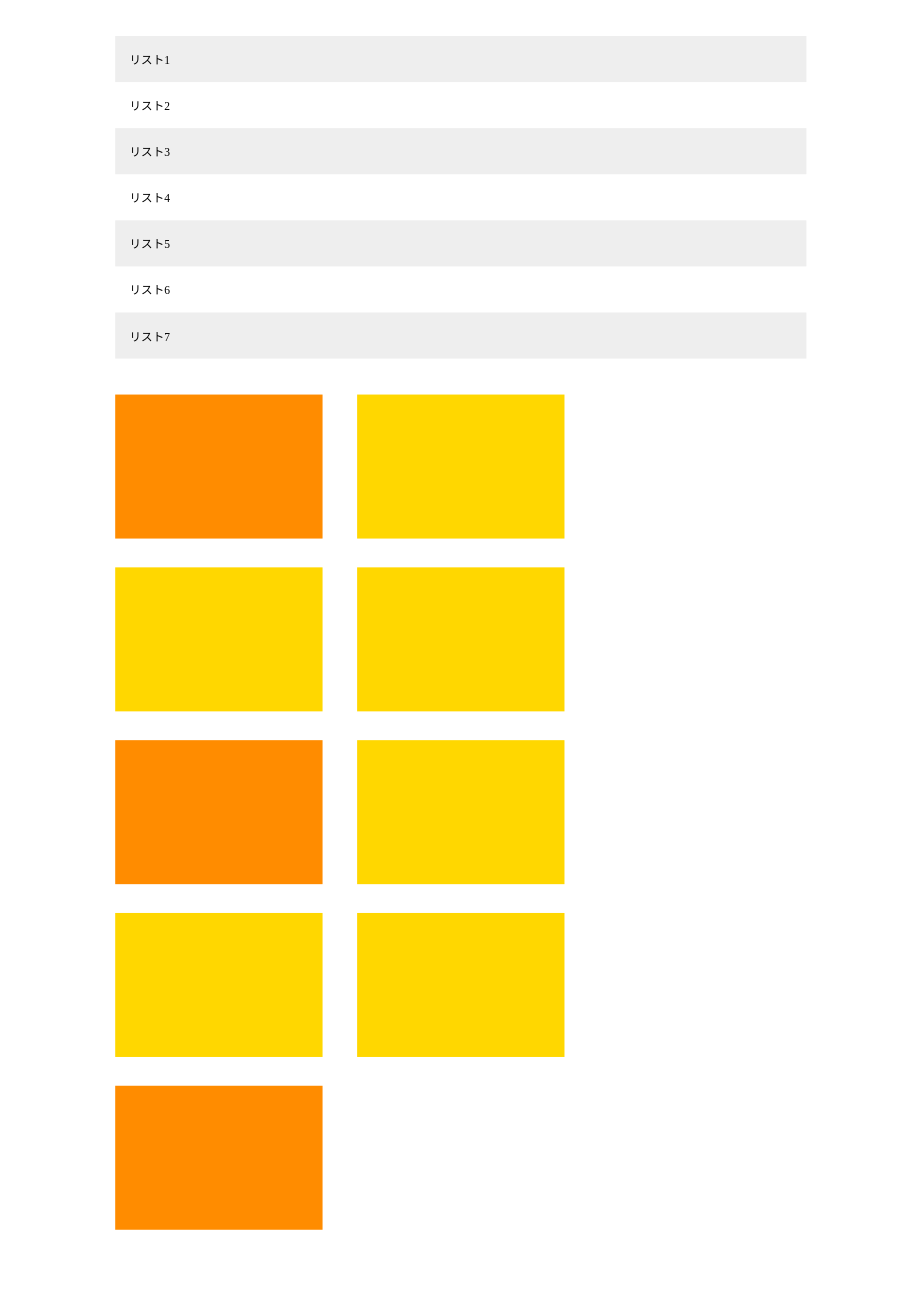
Repository: ryo32sun/Html-Practice
Page: practice/chapter8.html
The author's editor kept a record of every edit. The page is drawn from the files as they stood at one moment, then again after the next edit.
The browser window is 1280 px wide. The pictures show the whole page, at 72% of full size.

Above is the page before.

After the next edit:
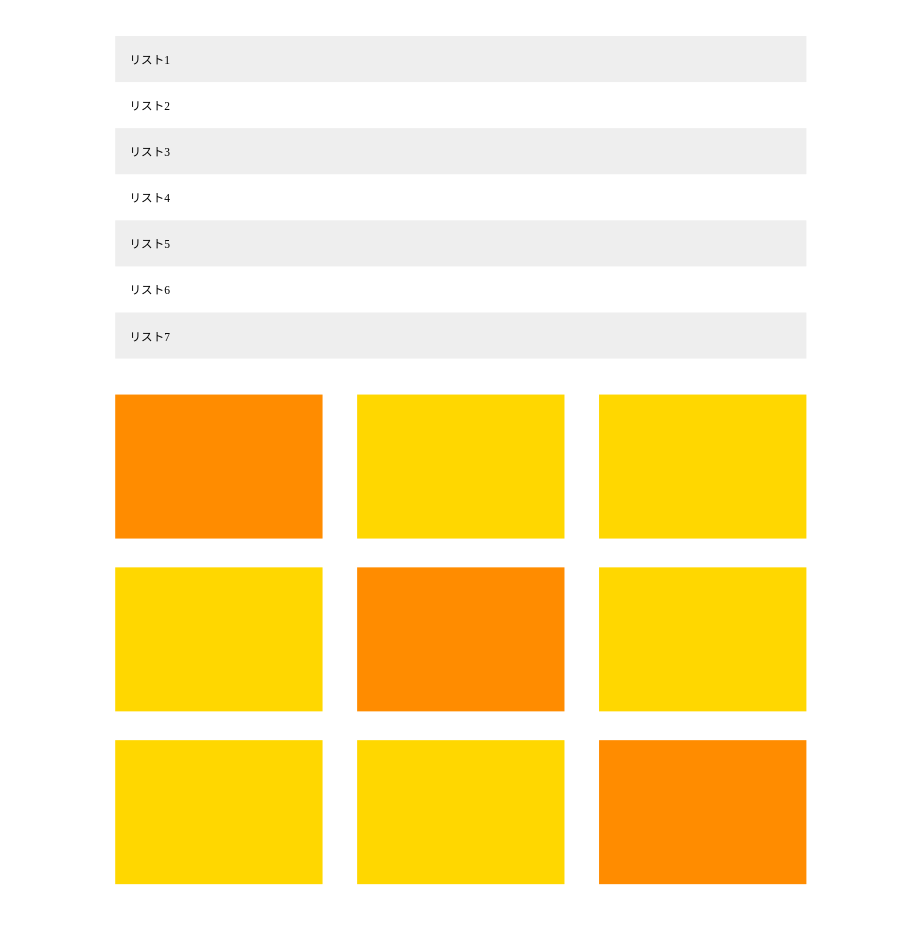
The edit:
--- a/practice/chapter8.css
+++ b/practice/chapter8.css
@@ -39,3 +39,7 @@
 .block:last-child {
   background-color: #ff8c00;
 }
+
+.block:nth-child(3n) {
+  margin-right:0;
+}
